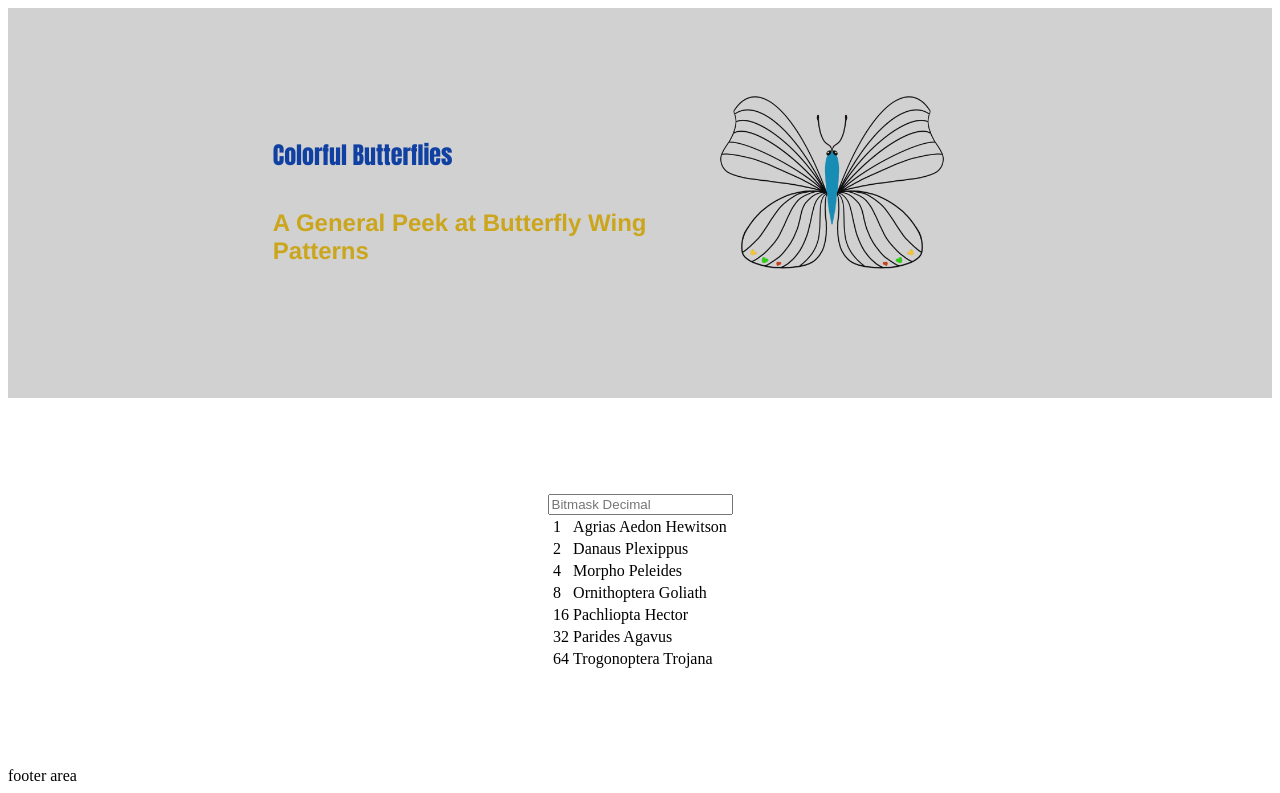
Repository: MeowCeline00/assessment-2
Page: /
These files come from the project's save history. The page is drawn as it stood at one moment and after the next save; the edit follows.
The browser window is 1280 px wide. The pictures show the whole page.
The project was rebuilt for these pictures with package versions that can differ from the ones it lists, and the page was loaded fresh each time. The framework's server and built-in components were replaced by stand-ins that run in the browser. Also part of the build but not shown: next.config.mjs.

Above is the page before, as saved 2024-02-07 22:02:29.

### pages/index.js
import Head from "next/head";
import { useState } from "react";
import styles from "@/styles/Home.module.css";
import Header from "@/Components/Header";


export default function Home() {

  // Butterfly Patterns
  const classFilters = {
    //key : value
    1: 'Agrias Aedon Hewitson',
    2: 'Danaus Plexippus',
    4: 'Morpho Peleides',
    8: 'Ornithoptera Goliath',
    16: 'Pachliopta Hector',
    32: 'Parides Agavus',
    64: 'Trogonoptera Trojana'
  }

  const [input, setInput] = useState();
                                    // 3
                                    // 2 & 2 Remainder 1
                                    // 1 & 1 Remainder 0
                                    // 9
                                    // 8 & 8 Remainder 1
                                    // 1 & 1 Remainder 0
  const getClassStyle = flagValue => (input & flagValue) > 0 ? {backgroundColor: 'yellow'} : null;

  return (
    <>
      <Head>
        <title>General View of Butterfly Wing Patterns</title>
        <meta name="description" content="General View of Butterfly Wing Patterns" />
        <meta name="viewport" content="width=device-width, initial-scale=1" />
        <link rel="icon" href="/butt_favicon.ico" />
      </Head>
      <Header />
      <main className={`${styles.main}`}>
       <input
       id="input"
       type="text"
       placeholder='Bitmask Decimal'
       value={input}
       onChange={event => setInput(event.target.value)}
       />
       <table>
        <tbody>
          {
            Object.keys(classFilters).map(item => (
              <tr key={item} style={getClassStyle(item)}>
                <td>{item}</td>
                <td>{classFilters[item]}</td>
              </tr>
            ))
          }
        </tbody>
       </table>
      </main>
      <footer>footer area</footer>
    </>
  );
}

### styles/Home.module.css
.main {
  display: flex;
  flex-direction: column;
  justify-content: space-between;
  align-items: center;
  padding: 6rem;
  min-height: 20vh;
}

### Components/Header/index.js
import Image from 'next/image';
import styles from './Header.module.css';

export default function Header() {
    return (
        <header className={styles.header}>
            <div className={styles.titleArea}>
                <h1> Colorful Butterflies</h1>
                <h2> A General Peek at Butterfly Wing Patterns</h2>
            </div>
            <div className={styles.logoArea}>
                <img src={"/logo.png"} alt="Butterfly Logo" width={350} />
            </div>
        </header>
    );
}

### Components/Header/Header.module.css
.header {
    display: flex;
    justify-content: space-between;
    align-items: center;
    padding: 20px;
    background-color: #d1d1d1;
}

.titleArea {
    display: flex;
    flex-direction: column;
    padding-left: 20%;
}

.titleArea h1 {
    color: rgb(15, 64, 162);
    font-size: x-large;
    font-family: Impact, Haettenschweiler, 'Arial Narrow Bold', sans-serif;
}

.titleArea h2 {
    color: rgb(203, 165, 27);
    font-family: 'Franklin Gothic Medium', 'Arial Narrow', Arial, sans-serif;
}

.logoArea {
  display: flex;
  padding-right: 20%;
}

Loaded but not shown: pages/_app.js (common file); pages/_document.js (common file); styles/globals.css (common file)

After the next save:
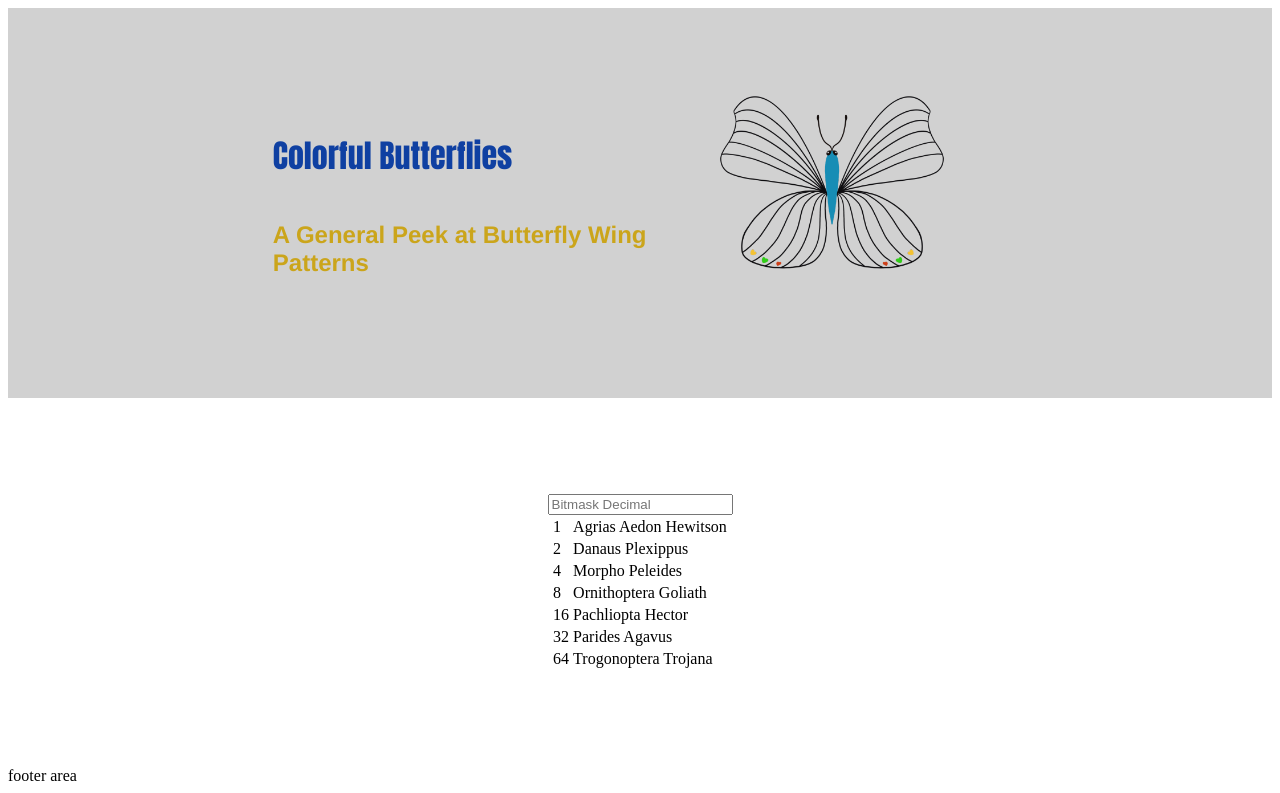
Saved 87 s later.
--- a/Components/Header/Header.module.css
+++ b/Components/Header/Header.module.css
@@ -14,7 +14,7 @@
 
 .titleArea h1 {
     color: rgb(15, 64, 162);
-    font-size: x-large;
+    font-size: xx-large;
     font-family: Impact, Haettenschweiler, 'Arial Narrow Bold', sans-serif;
 }
 
